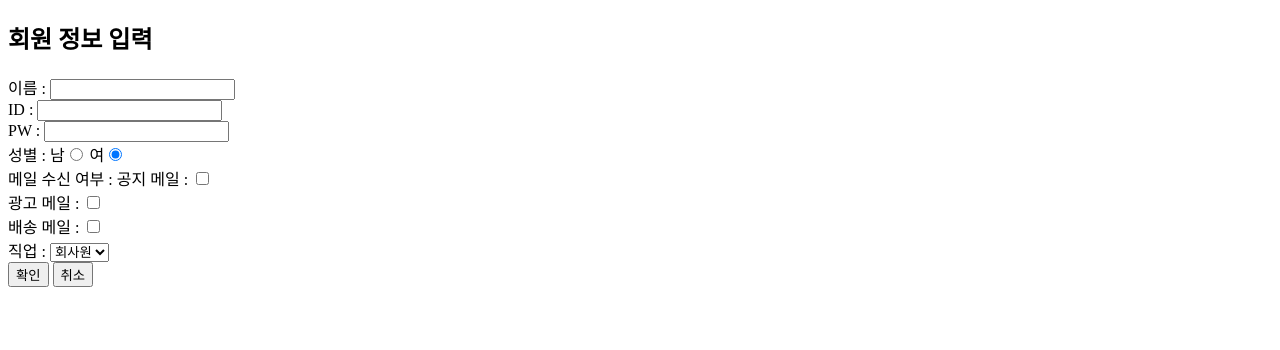
Repository: HongEunbeen/JSP-code
Page: http://localhost/StartJSP/form.jsp
These files come from the project's save history. The page is drawn as it stood at one moment and after the next save; the edit follows.
The browser window is 1280 px wide. The pictures show the whole page.
The page is served by Tomcat 9. Other server files are loaded and not shown.

Above is the page before, as saved 2019-03-31 23:51:45.

### StartJSP/WebContent/form.jsp
<%@ page language="java" contentType="text/html; charset=UTF-8"
    pageEncoding="UTF-8"%>
<!DOCTYPE html>
<html>
<head>
<meta charset="UTF-8">
<title>Insert title here</title>
</head>
<body>

<h2>회원 정보 입력</h2>

<form action = "proc.jsp" method = "post" >
	이름 : <input type = "text" name = "name"><br>
	ID : <input type = "text" name = "id"><br>
	PW : <input type = "password" name = "pw"><br>
	성별 :
		남<input type = "radio" name = "gen" value = "M">
		여<input type = "radio" name = "gen" value = "F" checked>
	<br>
	메일 수신 여부 :
	공지 메일 : <input type = "checkbox" name = "inotice"><br>
	광고 메일 : <input type = "checkbox" name = "cnotice"><br>
	배송 메일 : <input type = "checkbox" name = "dnotice"><br>

	직업 :
	<select name = "job">
		<option>회사원</option>
		<option>학생</option>
		<option>기타</option>
	</select>
	<br>
	<input type = "submit" value = "확인">
	<input type = "reset" value = "취소">
</form>

</body>
</html>

After the next save:
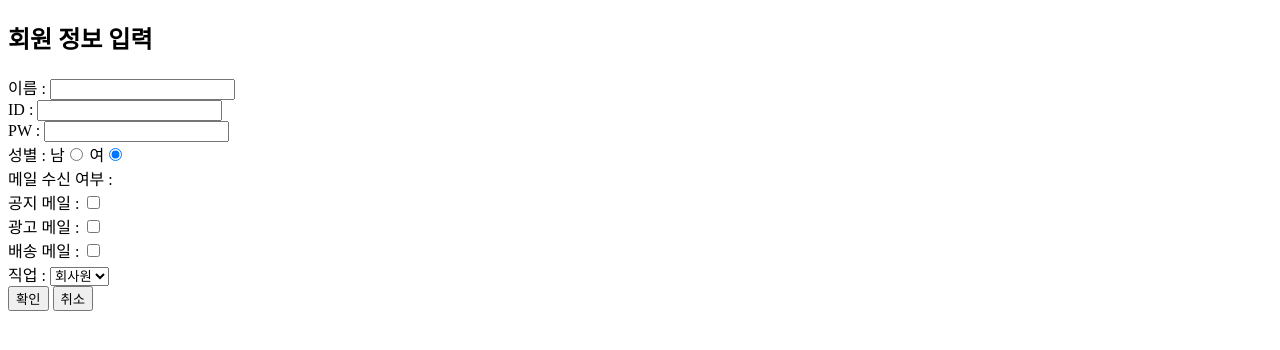
Saved 12 s later.
--- a/StartJSP/WebContent/form.jsp
+++ b/StartJSP/WebContent/form.jsp
@@ -18,7 +18,7 @@
 		남<input type = "radio" name = "gen" value = "M">
 		여<input type = "radio" name = "gen" value = "F" checked>
 	<br>
-	메일 수신 여부 :
+	메일 수신 여부 : <br>
 	공지 메일 : <input type = "checkbox" name = "inotice"><br>
 	광고 메일 : <input type = "checkbox" name = "cnotice"><br>
 	배송 메일 : <input type = "checkbox" name = "dnotice"><br>
